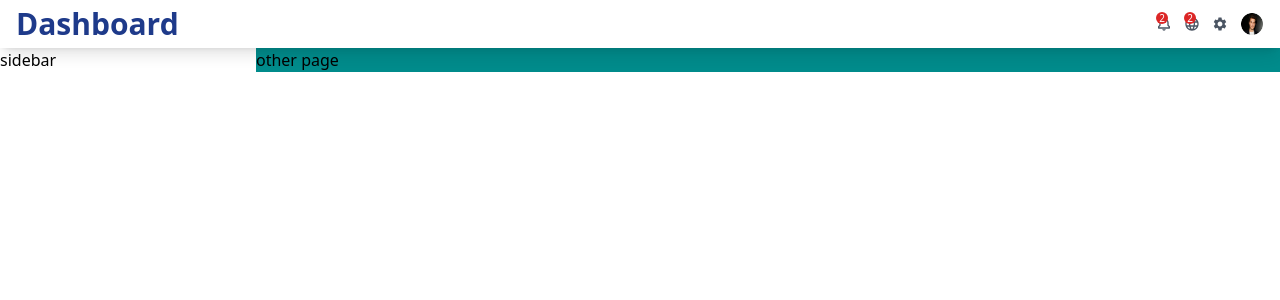
Repository: nation430/React-AdminDashboard
Page: /
The author's editor kept a copy of each file at every save. The page is drawn from the files as they stood at one save, then again after the next save.
The browser window is 1280 px wide. The pictures show the whole page.
The project was rebuilt for these pictures with package versions that can differ from the ones it lists, and the page was loaded fresh each time.

Above is the page before, as saved 2022-08-17 14:25:24.

After the next save:
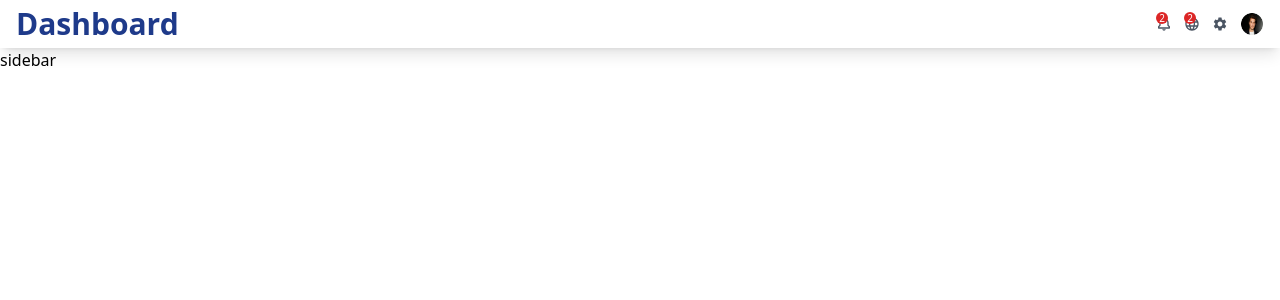
Saved 12 min 31 s later.
--- a/src/App.js
+++ b/src/App.js
@@ -8,7 +8,6 @@ function App() {
       <Topbar />
       <div className="wrapper flex">
         <Sidebar />
-        <div className="others w-full">other page</div>
       </div>
     </div>
   );
